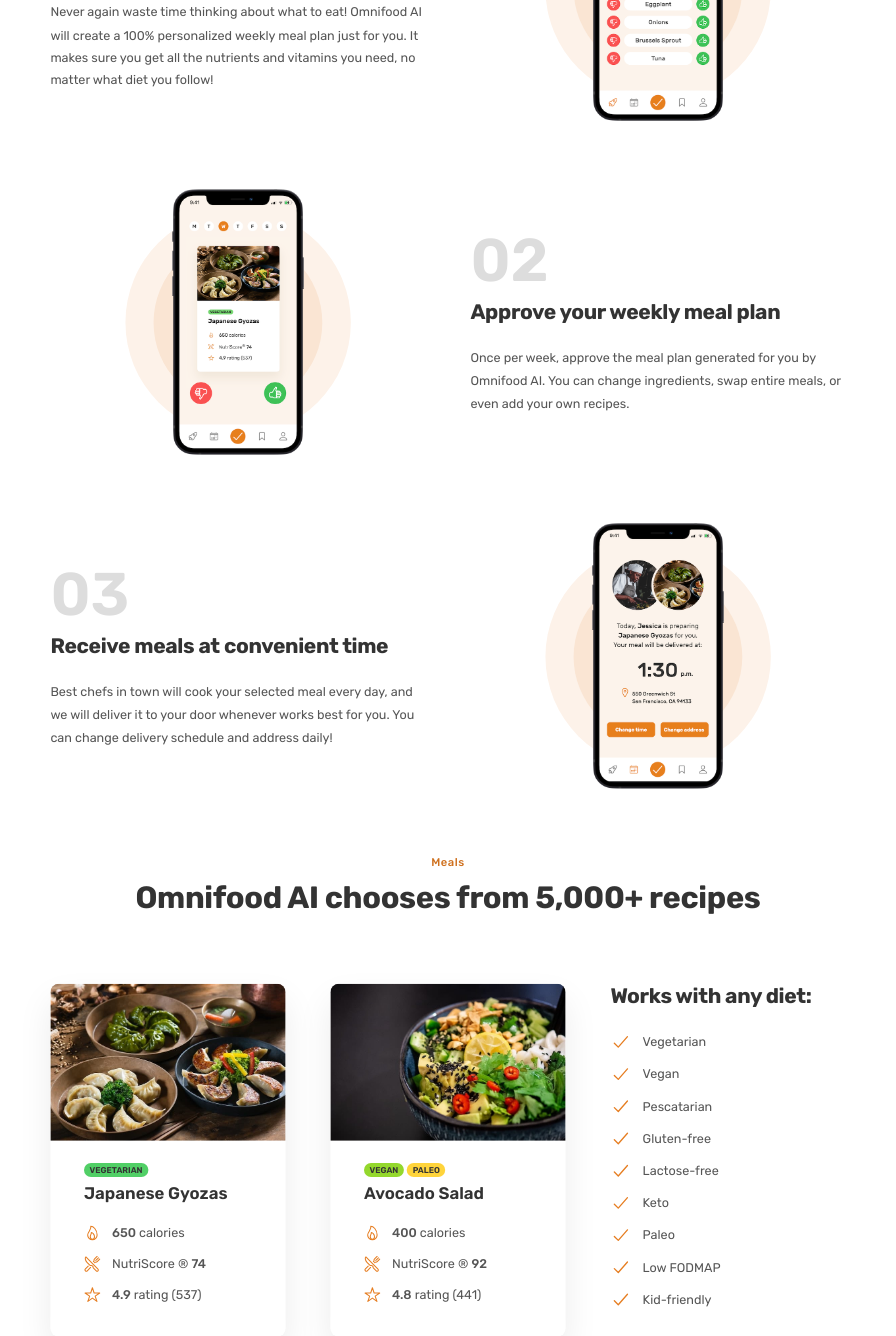
Repository: TranPhucThinh/Omnifood
Page: index.html
The author's editor kept a copy of each file at every save. The page is drawn from the files as they stood at one save, then again after the next save.
The browser window is 1280 px wide. The pictures show the part of the page from y = 1429 to 3349 px (the page is 3338 px tall before and 3349 px after), at 70% of full size.

Above is the page before, as saved 2022-08-06 00:01:11.

### index.html
<!DOCTYPE html>
<html lang="en">

<head>
    <meta charset="UTF-8">
    <meta http-equiv="X-UA-Compatible" content="IE=edge">
    <meta name="viewport" content="width=device-width, initial-scale=1.0">

    <link rel="preconnect" href="https://fonts.googleapis.com">
    <link rel="preconnect" href="https://fonts.gstatic.com" crossorigin>
    <link href="https://fonts.googleapis.com/css2?family=Rubik:wght@300;400;500;600;700;800;900&display=swap"
        rel="stylesheet">

    <link rel="stylesheet" href="./assets/styles/general.css">
    <link rel="stylesheet" href="./assets/styles/style.css">

    <title>Omnifood</title>
</head>

<body>
    <!-- SECTION HEADER -->
    <div class="header">
        <a href="#">
            <img src="./assets/imgs/omnifood-logo.png" alt="Omnifood logo" class="header-logo">
        </a>
        <nav class="main-nav">
            <ul class="main-nav-list">
                <li>
                    <a href="#" class="main-nav-link">How it works</a>
                </li>
                <li>
                    <a href="#" class="main-nav-link">Meals</a>
                </li>
                <li>
                    <a href="#" class="main-nav-link">Testimonials</a>
                </li>
                <li>
                    <a href="#" class="main-nav-link">Pricing</a>
                </li>
                <li>
                    <a href="#" class="main-nav-link nav-btn">Try for free</a>
                </li>
            </ul>
        </nav>
    </div>
    <!-- End of SECTION HEADER -->

    <!-- SECTION HERO -->
    <section class="section-hero">
        <div class="hero">
            <div class="hero-text-box">
                <h1 class="heading-primary">A healthy meal delivered to your door, every single day</h1>
                <p class="hero-desc">The smart 365-days-per-year food subscription that will make you eat healthy again.
                    Tailored to your personal tastes and nutritional needs.</p>
                <a href="#" class="btn btn--full margin-right-sm">Start eating well</a>
                <a href="#" class="btn btn--outline">Learn more ⬇</a>
                <div class="delivered-meals">
                    <div class="delivered-imgs">
                        <img src="./assets/imgs/customers/customer-1.jpg" alt="customer 1">
                        <img src="./assets/imgs/customers/customer-2.jpg" alt="customer 2">
                        <img src="./assets/imgs/customers/customer-3.jpg" alt="customer 3">
                        <img src="./assets/imgs/customers/customer-4.jpg" alt="customer 4">
                        <img src="./assets/imgs/customers/customer-5.jpg" alt="customer 5">
                        <img src="./assets/imgs/customers/customer-6.jpg" alt="customer 6">
                    </div>
                    <p class="delivered-text">
                        <span>250,000+</span> meals delivered last year!
                    </p>
                </div>
            </div>
            <div class="hero-img-box">
                <img src="./assets/imgs/hero.png"
                    alt="woman enjoy food, meals in storage container, and food bowls on a table" class="hero-img">
            </div>
        </div>
    </section>
    <!-- End of SECTION HERO -->

    <!-- SECTION FEATURED -->
    <section class="section-featured">
        <div class="container">
            <h2 class="heading-feature-in">As featured in</h2>
            <div class="logos">
                <img src="./assets/imgs/logos/techcrunch.png" alt="Techcrunch logo">
                <img src="./assets/imgs/logos/business-insider.png" alt="business insider logo">
                <img src="./assets/imgs/logos/the-new-york-times.png" alt="The new york time logo">
                <img src="./assets/imgs/logos/forbes.png" alt="Forbes logo">
                <img src="./assets/imgs/logos/usa-today.png" alt="Usa today logo">
            </div>
        </div>
    </section>
    <!-- End of SECTION FEATURED -->

    <!-- SECTION HOW IT WORKS -->
    <section class="section-how">
        <div class="container">
            <p class="subheading">HOW IT WORKS</p>
            <h2 class="heading-secondary">Your daily dose of health in 3 simple steps</h2>
        </div>
        <div class="container grid grid--2-cols grid--center-vertical">
            <!-- STEP 1 -->
            <div class="step-text-box">
                <div class="step-number">01</div>
                <h3 class="heading-tertiary">Tell us what you like (and what not)</h3>
                <p class="step-desc">Never again waste time thinking about what to eat! Omnifood AI will create a 100%
                    personalized weekly meal plan just for you. It makes sure you get all the nutrients and vitamins you
                    need, no matter what diet you follow!</p>
            </div>
            <div class="step-img-box">
                <img src="./assets/imgs/app/app-screen-1.png" alt="iPhone app preferences selection screen"
                    class="step-img">
            </div>

            <!-- STEP 2 -->
            <div class="step-img-box">
                <img src="./assets/imgs/app/app-screen-2.png" alt="iPhone app
                meal approving plan screen" class="step-img">
            </div>
            <div class="step-text-box">
                <div class="step-number">02</div>
                <h3 class="heading-tertiary">Approve your weekly meal plan</h3>
                <p class="step-desc">Once per week, approve the meal plan generated for you by Omnifood AI. You can
                    change ingredients, swap entire meals, or even add your own recipes.</p>
            </div>

            <!-- STEP 3 -->
            <div class="step-text-box">
                <div class="step-number">03</div>
                <h3 class="heading-tertiary">Receive meals at convenient time</h3>
                <p class="step-desc">Best chefs in town will cook your selected meal every day, and we will deliver it
                    to your door whenever works best for you. You can change delivery schedule and address daily!</p>
            </div>
            <div class="step-img-box">
                <img src="./assets/imgs/app/app-screen-3.png" alt="iPhone app
                delivery screen" class="step-img">
            </div>
        </div>
    </section>
    <!-- End of SECTION HOW IT WORKS -->

    <!-- SECTION MEALS -->
    <section class="section-meals">
        <div class="container center-text">
            <p class="subheading">Meals</p>
            <h2 class="heading-secondary">Omnifood AI chooses from 5,000+ recipes</h2>
        </div>
        <div class="container grid grid--3-cols">
            <div class="meal">
                <img src="./assets/imgs/meals/meal-1.jpg" alt="Japanese Gyozas" class="meal-img">
                <div class="meal-content">
                    <div class="meal-tag">
                        <p class="tag tag--vegetarian">vegetarian</p>
                    </div>
                    <p class="meal-title">Japanese Gyozas</p>
                    <ul class="meal-attributes">
                        <li class="meal-attribute">
                            <ion-icon class="meal-icon" name="flame-outline"></ion-icon>
                            <span><strong>650</strong> calories</span>
                        </li>
                        <li class="meal-attribute">
                            <ion-icon class="meal-icon" name="restaurant-outline"></ion-icon>
                            <span>NutriScore ® <strong>74</strong></span>
                        </li>
                        <li class="meal-attribute">
                            <ion-icon class="meal-icon" name="star-outline"></ion-icon>
                            <span><strong>4.9</strong> rating (537)</span>
                        </li>
                    </ul>
                </div>
            </div>
            <div class="meal">
                <img src="./assets/imgs/meals/meal-2.jpg" alt="Avocado Salad" class="meal-img">
                <div class="meal-content">
                    <div class="meal-tag">
                        <p class="tag tag--vegan">vegan</p>
                        <p class="tag tag---paleo">paleo</p>
                    </div>
                    <p class="meal-title">Avocado Salad</p>
                    <ul class="meal-attributes">
                        <li class="meal-attribute">
                            <ion-icon class="meal-icon" name="flame-outline"></ion-icon>
                            <span><strong>400</strong> calories</span>
                        </li>
                        <li class="meal-attribute">
                            <ion-icon class="meal-icon" name="restaurant-outline"></ion-icon>
                            <span>NutriScore ® <strong>92</strong></span>
                        </li>
                        <li class="meal-attribute">
                            <ion-icon class="meal-icon" name="star-outline"></ion-icon>
                            <span><strong>4.8</strong> rating (441)</span>
                        </li>
                    </ul>
                </div>
            </div>
            <div class="diet">
                <h3 class="heading-tertiary">Works with any diet:</h3>
                <ul class="list">
                    <li class="list-item">
                        <ion-icon class="list-icon" name="checkmark-outline"></ion-icon>
                        <span>Vegetarian</span>
                    </li>
                    <li class="list-item">
                        <ion-icon class="list-icon" name="checkmark-outline"></ion-icon>
                        <span>Vegan</span>
                    </li>
                    <li class="list-item">
                        <ion-icon class="list-icon" name="checkmark-outline"></ion-icon>
                        <span>Pescatarian</span>
                    </li>
                    <li class="list-item">
                        <ion-icon class="list-icon" name="checkmark-outline"></ion-icon>
                        <span>Gluten-free</span>
                    </li>
                    <li class="list-item">
                        <ion-icon class="list-icon" name="checkmark-outline"></ion-icon>
                        <span>Lactose-free</span>
                    </li>
                    <li class="list-item">
                        <ion-icon class="list-icon" name="checkmark-outline"></ion-icon>
                        <span>Keto</span>
                    </li>
                    <li class="list-item">
                        <ion-icon class="list-icon" name="checkmark-outline"></ion-icon>
                        <span>Paleo</span>
                    </li>
                    <li class="list-item">
                        <ion-icon class="list-icon" name="checkmark-outline"></ion-icon>
                        <span>Low FODMAP</span>
                    </li>
                    <li class="list-item">
                        <ion-icon class="list-icon" name="checkmark-outline"></ion-icon>
                        <span>Kid-friendly</span>
                    </li>
                </ul>
            </div>
        </div>
    </section>
    <!-- End of SECTION MEALS -->

    <script type="module" src="https://unpkg.com/ionicons@5.5.2/dist/ionicons/ionicons.esm.js"></script>
    <script nomodule src="https://unpkg.com/ionicons@5.5.2/dist/ionicons/ionicons.js"></script>
</body>

</html>

### assets/styles/general.css
* {
  margin: 0;
  padding: 0;
  box-sizing: border-box;
}

html {
  font-size: 62.5%;
}

body {
  font-family: 'Rubik', sans-serif;
  line-height: 1;
  font-weight: 400;
  color: #555;
}

/* GENERAL REUSABLE COMPONENTS */
.container {
  max-width: 120rem;
  padding: 0 3.2rem;
  margin: 0 auto;
}

.grid {
  display: grid;
  row-gap: 9.6rem;
  column-gap: 6.4rem;
}

.grid--2-cols {
  grid-template-columns: repeat(2, 1fr);
}

.grid--3-cols {
  grid-template-columns: repeat(3, 1fr);
}

.grid--4-cols {
  grid-template-columns: repeat(4, 1fr);
}

.grid--center-vertical {
  align-items: center;
}

.heading-primary,
.heading-secondary,
.heading-tertiary {
  letter-spacing: -0.5px;
  color: #333;
  font-weight: 700;
}

.heading-primary {
  line-height: 1.05;
  font-size: 5.2rem;
  margin-bottom: 3.2rem;
}

.heading-secondary {
  font-size: 4.4rem;
  line-height: 1.2;
  margin-bottom: 9.6rem;
}

.heading-tertiary {
  font-size: 3rem;
  line-height: 1.2;
  margin-bottom: 3.2rem;
}

.subheading {
  font-size: 1.6rem;
  color: #cf711f;
  margin-bottom: 1.6rem;
  font-weight: 500;
  letter-spacing: 0.75px;
}

.hero-text-box .btn:link,
.hero-text-box .btn:visited {
  text-decoration: none;
  font-size: 2rem;
  font-weight: 600;
  display: inline-block;
  border-radius: 8px;
  padding: 1.6rem 3.2rem;
  transition: all 0.3s;
}

.hero-text-box .btn--full:link,
.hero-text-box .btn--full:visited {
  color: #fff;
  background-color: #e67e22;
}

.hero-text-box .btn--full:hover,
.hero-text-box .btn--full:active {
  background-color: #cf711f;
}

.hero-text-box .btn--outline:link,
.hero-text-box .btn--outline:visited {
  color: #555;
  background-color: #fff;
  border: -4px solid #fff;
}

.hero-text-box .btn--outline:hover,
.hero-text-box .btn--outline:active {
  background-color: #fdf2e9;
}

.margin-right-sm {
  margin-right: 1.6rem !important;
}

.step-img-box::before,
.step-img-box::after {
  content: '';
  display: block;
  position: absolute;
  top: 50%;
  left: 50%;
  transform: translate(-50%, -50%);
  border-radius: 50%;
}

.center-text {
  text-align: center;
}
/* END of GENERAL REUSABLE COMPONENTS */

### assets/styles/style.css
/* Section Header */
.header {
  display: flex;
  justify-content: space-between;
  height: 9.6rem;
  align-items: center;
  padding: 0 4.8rem;
  background-color: #fdf2e9;
}

.header-logo {
  height: 2.2rem;
}

.main-nav-list {
  display: flex;
  list-style-type: none;
  gap: 3.2rem;
}

.main-nav-link:link,
.main-nav-link:visited {
  text-decoration: none;
  font-size: 1.8rem;
  color: #333;
  font-weight: 500;
  transition: all 0.3s;
}

.main-nav-link:hover,
.main-nav-link:active {
  color: #cf711f;
}

.main-nav-link.nav-btn:link,
.main-nav-link.nav-btn:visited {
  padding: 1.2rem 2.4rem;
  border-radius: 9px;
  background-color: #e67e22;
  color: #fff;
}

.main-nav-link.nav-btn:hover,
.main-nav-link.nav-btn:active {
  color: #fff;
  background-color: #cf711f;
}
/* End of Section Header */

/* Section Hero */
.section-hero {
  background-color: #fdf2e9;
  padding: 4.8rem 0 9.6rem;
}

.hero {
  max-width: 130rem;
  margin: 0 auto;
  display: grid;
  grid-template-columns: 1fr 1fr;
  gap: 9.6rem;
  padding: 0 3.2rem;
  align-items: center;
}

.hero-text-box .hero-desc {
  font-size: 2rem;
  color: #555;
  line-height: 1.6;
  margin-bottom: 4.8rem;
}

.hero-img-box .hero-img {
  width: 100%;
}

.delivered-meals {
  margin-top: 8rem;
  display: flex;
  align-items: center;
  gap: 1.6rem;
}

.delivered-imgs {
  display: flex;
}

.delivered-imgs img {
  width: 4.8rem;
  height: 4.8rem;
  border-radius: 50%;
  border: 3px solid #fff;
  margin-right: -1.6rem;
}

.delivered-imgs img:last-child {
  margin-right: 0;
}

.delivered-text {
  font-size: 1.8rem;
  font-weight: 600;
}

.delivered-text span {
  font-weight: 700;
  color: #cf711f;
}
/* End of Section Hero */

/* Section featured */
.section-featured {
  padding: 4.8rem 0 3.2rem;
}
.logos {
  display: flex;
  justify-content: space-around;
}

.heading-feature-in {
  font-size: 1.4rem;
  text-transform: uppercase;
  letter-spacing: 0.75px;
  font-weight: 500;
  color: #888;
  text-align: center;
  margin-bottom: 2.4rem;
}

.section-featured img {
  height: 3.2rem;
  filter: brightness(0%);
  opacity: 0.5;
}
/* End of Section featured */

/* Section how it works */
.section-how {
  padding: 9.6rem 0;
}
.step-number {
  font-size: 8.6rem;
  color: #ddd;
  font-weight: 600;
  margin-bottom: 1.2rem;
}

.step-desc {
  font-size: 1.8rem;
  color: #555;
  line-height: 1.8;
}

.step-img-box {
  text-align: center;
  position: relative;
}

.step-img-box::before {
  width: 60%;
  padding-bottom: 60%;

  background-color: #fdf2e9;
  z-index: -2;
}

.step-img-box::after {
  width: 45%;
  padding-bottom: 45%;
  background-color: #fae5d3;
  z-index: -1;
}

.step-img {
  width: 35%;
}
/* End of Section how it works */

/* Section meals */
.meal {
  border-radius: 12px;
  overflow: hidden;
  box-shadow: 0 2.4rem 4.8rem rgb(0 0 0 / 8%);
}

.meal-img {
  width: 100%;
  display: block;
}

.meal-content {
  padding: 3.2rem 4.8rem 4.8rem;
}

.meal-tag {
  margin-bottom: 1.2rem;
}

.tag {
  display: inline-block;
  font-size: 1.2rem;
  text-transform: uppercase;
  color: #333;
  font-weight: 600;
  padding: 4px 8px;
  border-radius: 12px;
}

.tag--vegetarian {
  background-color: #51cf66;
}

.tag--vegan {
  background-color: #94d82d;
  margin-right: 2px;
}

.tag---paleo {
  background-color: #ffd43b;
}

.meal-title {
  font-size: 2.4rem;
  color: #333;
  font-weight: 600;
  margin-bottom: 3.2rem;
}

.meal-attributes {
  list-style-type: none;
  display: flex;
  flex-direction: column;
  justify-content: space-between;
  gap: 2rem;
}

.meal-attribute {
  font-size: 1.8rem;
  display: flex;
  gap: 1.6rem;
  align-items: center;
}

.meal-attribute strong {
  font-weight: 500;
}

.meal-attribute .meal-icon {
  width: 2.4rem;
  height: 2.4rem;
  color: #e67e22;
}

.list {
  list-style-type: none;
  display: flex;
  flex-direction: column;
  gap: 1.6rem;
}

.list-item {
  display: flex;
  gap: 1.6rem;
  align-items: center;
  font-size: 1.8rem;
}

.list-icon {
  width: 3rem;
  height: 3rem;
  color: #e67e22;
}
/* End of Section meals */

After the next save:
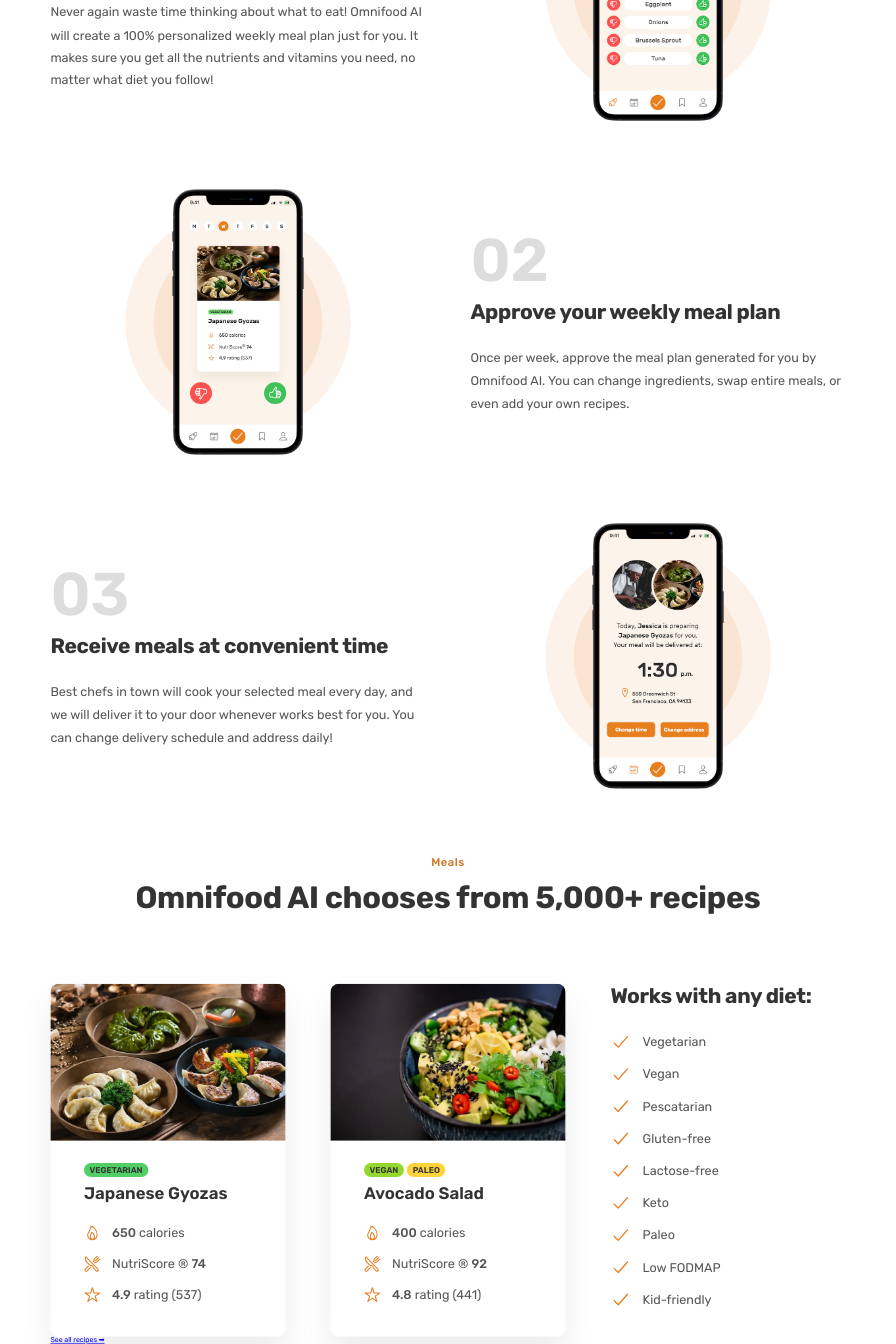
Saved 2 min 15 s later.
--- a/index.html
+++ b/index.html
@@ -234,6 +234,9 @@
                 </ul>
             </div>
         </div>
+        <div class="container all-recipes">
+            <a href="#">See all recipes ➡</a>
+        </div>
     </section>
     <!-- End of SECTION MEALS -->
 
